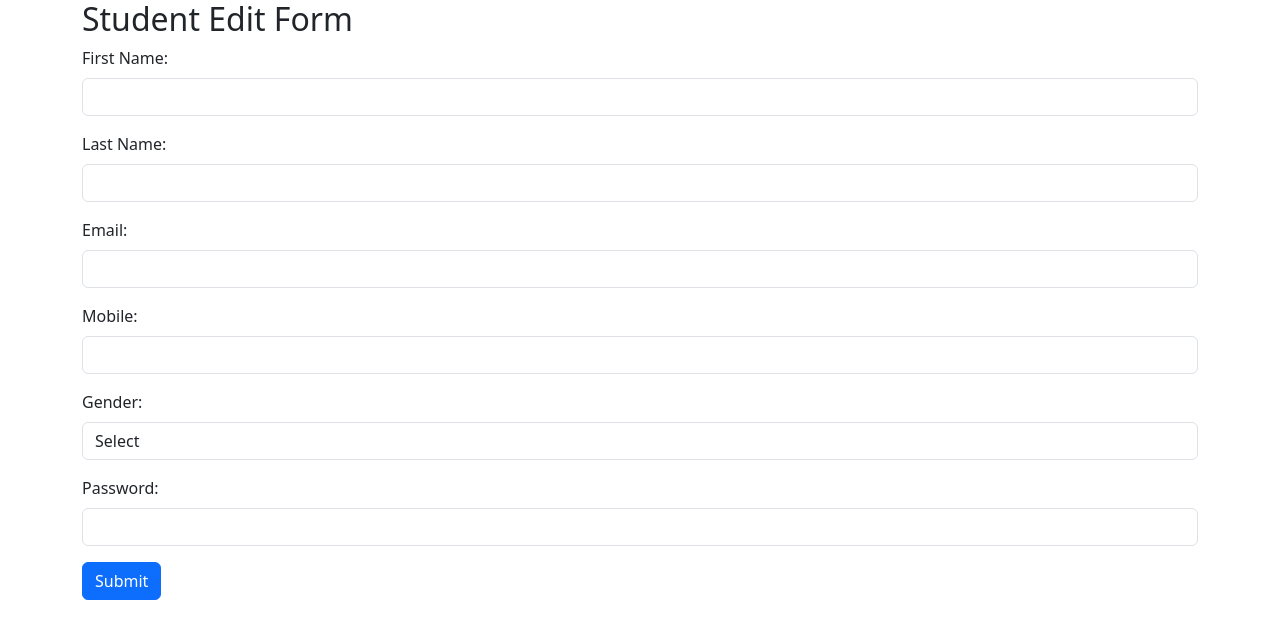
Repository: 2001Yogi/JavaWebAssignment
Page: http://localhost/JSPServletCRUD/edit.jsp
The author's editor kept a copy of each file at every save. The page is drawn from the files as they stood at one save, then again after a run of saves.
The browser window is 1280 px wide. The pictures show the whole page.
The page is served by Tomcat 9.

Above is the page before, as saved 2024-09-19 09:08:41.

After the next 2 saves:
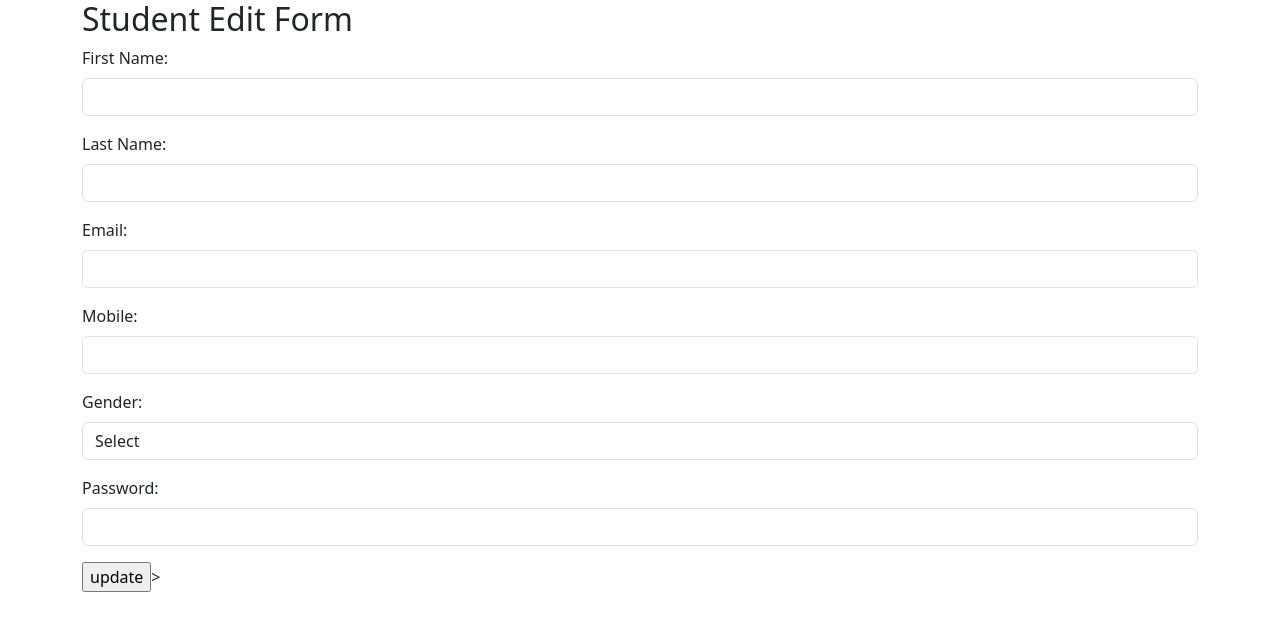
The 2 saves are shown as one change because they came seconds apart.
The last was saved 25 s later.
--- a/JSPServletCRUD/src/main/webapp/edit.jsp
+++ b/JSPServletCRUD/src/main/webapp/edit.jsp
@@ -59,7 +59,7 @@
                 <label for="password" class="form-label">Password:</label>
                 <input type="password" class="form-control" id="password" name="password" required>
             </div>
-            <button type="submit" class="btn btn-primary" name ="action" value ="update">Submit</button>
+            <input type = "Submit" name ="action" value ="update">>
         </form>
     </div>
 </body>
